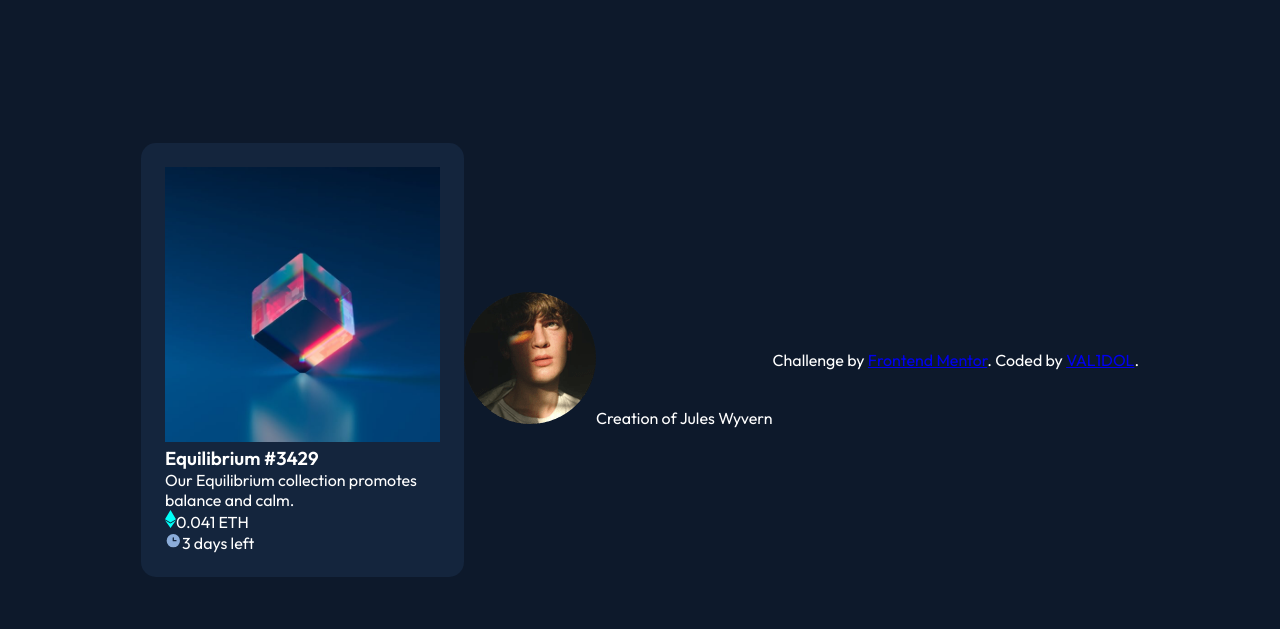
Repository: VAL1DOL-web/fm-NFT-preview-card-component
Page: index.html
The author's editor kept a copy of each file at every save. The page is drawn from the files as they stood at one save, then again after the next save.
The browser window is 1280 px wide. The pictures show the whole page.

Above is the page before, as saved 2024-01-07 15:37:05.

### index.html
<!DOCTYPE html>
<html lang="en">
<head>
  <meta charset="UTF-8">
  <meta name="viewport" content="width=device-width, initial-scale=1.0"> <!-- displays site properly based on user's device -->

  <link rel="icon" type="image/png" sizes="32x32" href="./images/favicon-32x32.png">
  <link rel="stylesheet" href="style.css">

  <title>NFT preview card component</title>

</head>
<body>
  <div class="card">
    <div class="image">
      <img src="images/image-equilibrium.jpg" alt="" class="mainImg" >
    </div>
    <h3>Equilibrium #3429</h3>
    <div class="description">
      Our Equilibrium collection promotes balance and calm.
    </div>
    <div class="price-days">
      <div class="price">
        <img src="images/icon-ethereum.svg" alt="">0.041 ETH
      </div>
      <div class="days"><img src="images/icon-clock.svg" alt="">3 days left</div>
    </div>
  </div>
  <div class="creator">
    <img src="images/image-avatar.png" alt="">Creation of <span>Jules Wyvern</span>
  </div>
  <div class="attribution">
    Challenge by <a href="https://www.frontendmentor.io?ref=challenge" target="_blank">Frontend Mentor</a>.
    Coded by <a href="https://github.com/VAL1DOL-web">VAL1DOL</a>.
  </div>
</body>
</html>

### style.css
@import url('https://fonts.googleapis.com/css2?family=Outfit:wght@300;400;600&display=swap');

* {
    margin: 0;
    padding: 0;
  }
body {
    background: hsl(217, 54%, 11%);
    width: 100%;
    height: 100vh;
    color:white;
    display: flex;
    justify-content: center;
    align-items: center;
    font-family: 'Outfit', sans-serif;
  }
.card {
    background-color:hsl(216, 50%, 16%);
    border-radius:15px;
    width: 275px;
    padding: 1.5rem;
}
.image {
    position: relative;
}
.mainImg {
    width: 100%;
    height: 100%;
}

After the next save:
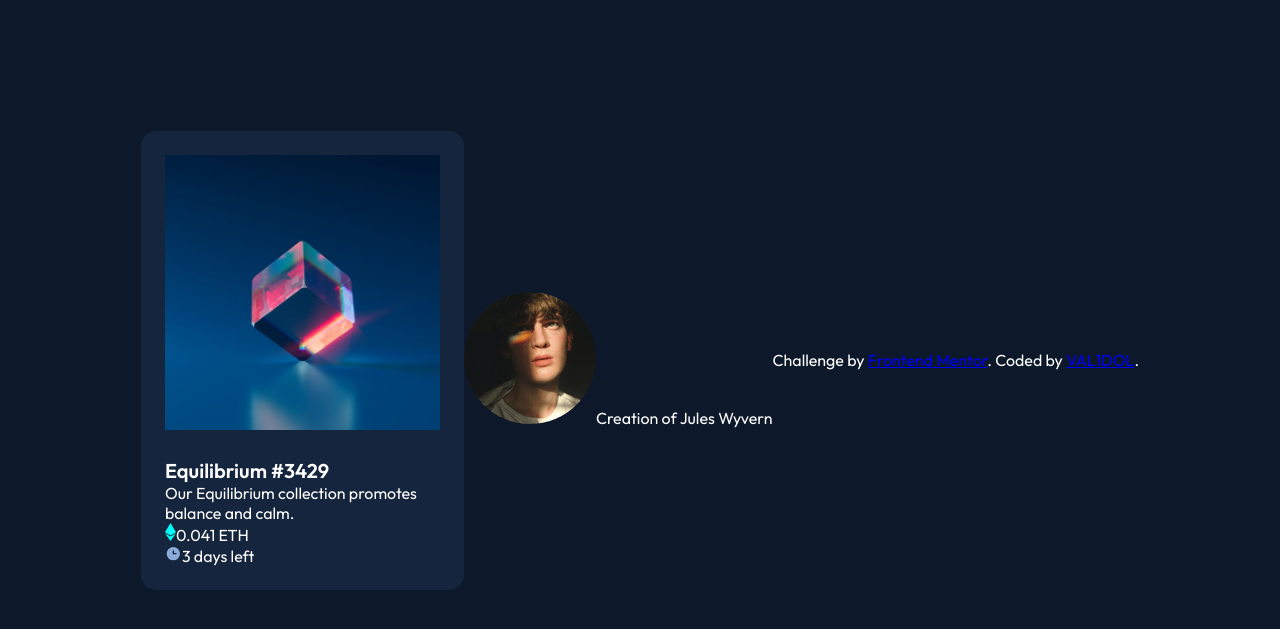
Saved 44 s later.
--- a/style.css
+++ b/style.css
@@ -27,3 +27,7 @@
     width: 100%;
     height: 100%;
 }
+h3 {
+    margin-top: 1.5rem;
+    font-size:20px ;
+}
